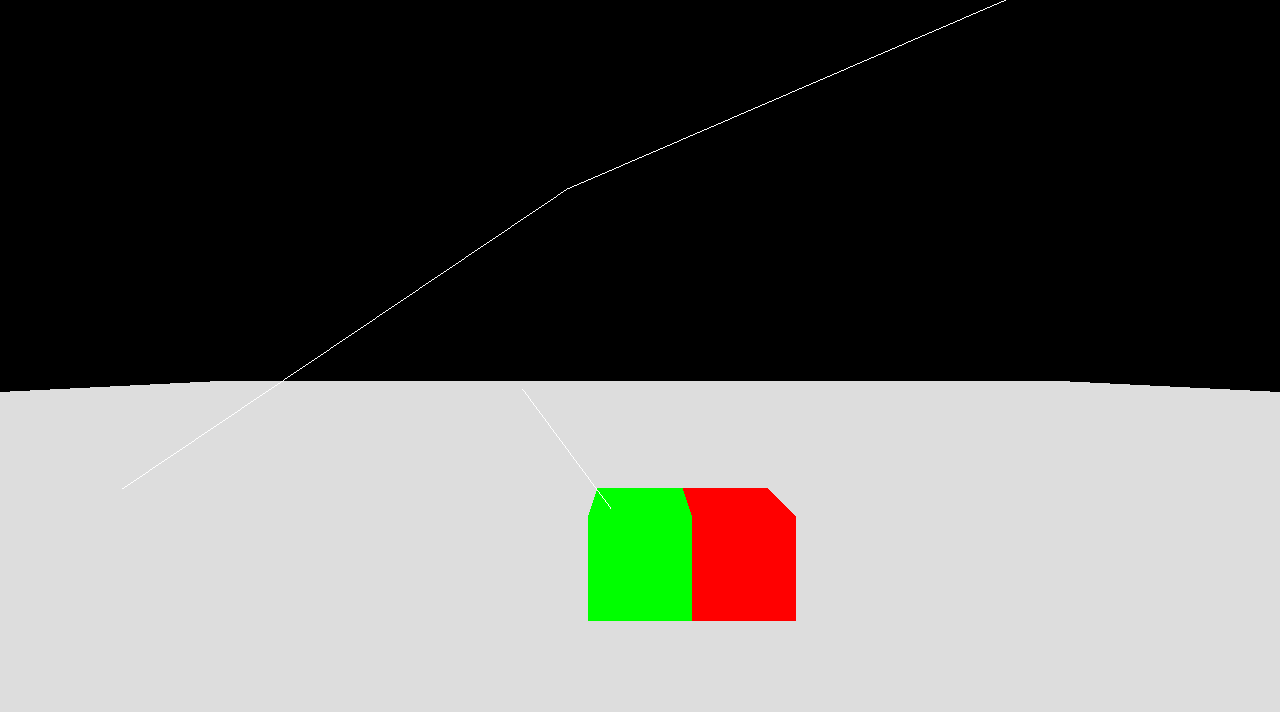
Repository: SanjoSolutions/projects
Page: minecraft/index.html
An editor plug-in stored every save of this project. The page is shown before and after the next save, followed by the edit.
The browser window is 1280 px wide. The pictures show the whole page.
Some web libraries are served in a nearby version.

Above is the page before, as saved 2020-08-31 19:40:10.

### minecraft/index.html
<html>
  <head>
    <title>My first three.js app</title>
    <style>
      body {
        margin: 0;
      }
      canvas {
        display: block;
      }
    </style>
  </head>
  <body>
    <script type="module" src="index.js"></script>
  </body>
</html>

### minecraft/index.js
import * as THREE from './node_modules/three/build/three.module.js';

const scene = new THREE.Scene()
const camera = new THREE.PerspectiveCamera(
  75,
  window.innerWidth / window.innerHeight,
  0.1,
  1000
)
camera.position.y = 2

const renderer = new THREE.WebGLRenderer()
renderer.setSize(window.innerWidth, window.innerHeight)
document.body.appendChild(renderer.domElement)

const ambientLight = createAmbientLight()
scene.add(ambientLight)

const hemisphereLight = createHemisphereLight()
scene.add(hemisphereLight)

const directionalLight = createDirectionalLight()
scene.add(directionalLight)

const directionalLightHelper = new THREE.DirectionalLightHelper(
  directionalLight,
  10
)
scene.add(directionalLightHelper)

const plane = createPlane()
scene.add(plane)

const cube1 = createCube(0x00ff00, { x: 0, y: 0, z: 0 })
scene.add(cube1)

const cube2 = createCube(0xff0000, { x: 1, y: 0, z: 0 })
scene.add(cube2)

camera.position.z = 5

const animate = function () {
  requestAnimationFrame(animate)

  // cube.rotation.x += 0.01
  // cube.rotation.y += 0.01

  renderer.render(scene, camera)
}

animate()

function createPlane() {
  const geometry = new THREE.PlaneGeometry(100, 100)
  const material = new THREE.MeshBasicMaterial({ color: 0xdddddd })
  const plane = new THREE.Mesh(geometry, material)
  plane.rotation.x = -Math.PI / 2
  plane.position.x = 0
  plane.position.y = -0.5
  plane.position.z = 0
  plane.receiveShadow = true
  return plane
}

function createCube(color, position) {
  const geometry = new THREE.BoxGeometry(1, 1, 1)
  const material = new THREE.MeshBasicMaterial({ color })
  const cube = new THREE.Mesh(geometry, material)
  cube.position.x = position.x
  cube.position.y = position.y
  cube.position.z = position.z
  cube.castShadow = true
  return cube
}

function createAmbientLight() {
  return new THREE.AmbientLight(0x666666)
}

function createHemisphereLight() {
  const hemisphereLight = new THREE.HemisphereLight(0xffffff, 0xffffff, 0.6)
  hemisphereLight.color.setHSL(0.6, 1, 0.6)
  hemisphereLight.groundColor.setHSL(0.095, 1, 0.75)
  hemisphereLight.position.set(0, 50, 0)
  return hemisphereLight
}

function createDirectionalLight() {
  const directionalLight = new THREE.DirectionalLight(0xffffff, 1)
  directionalLight.position.set(-1, 1.75, 1)
  directionalLight.castShadow = true

  return directionalLight
}

After the next save:
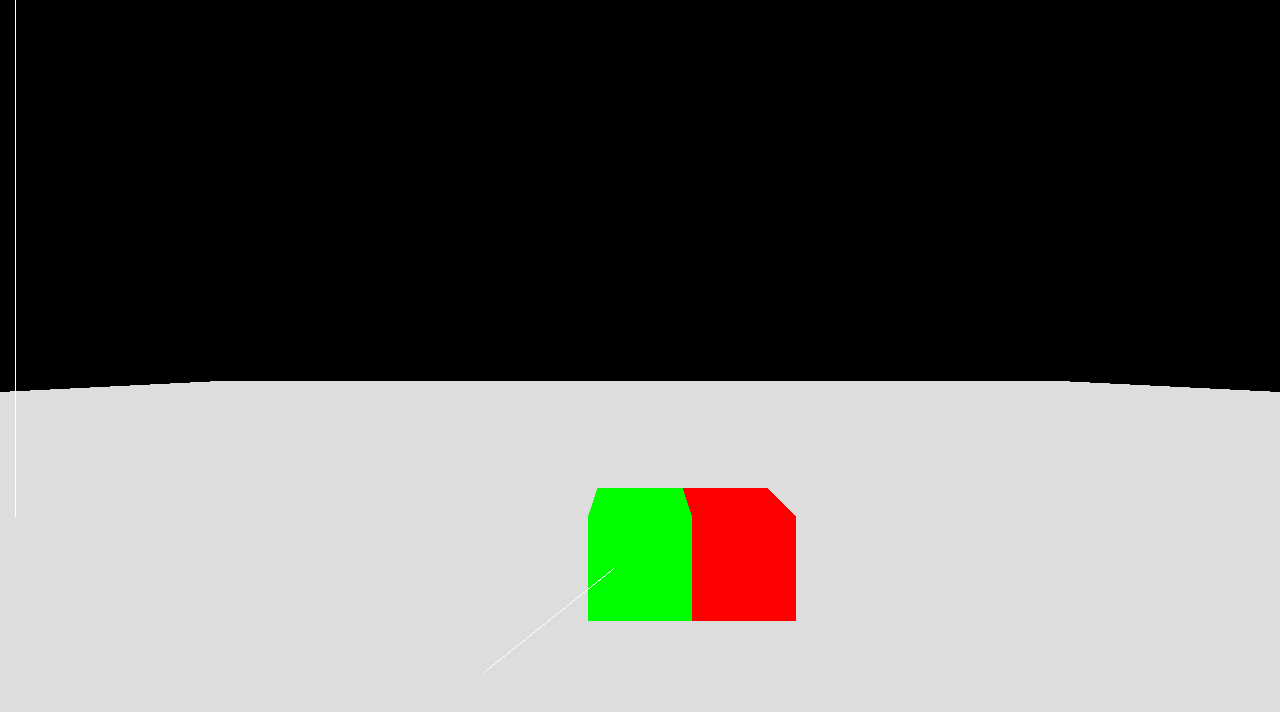
Saved 58 s later.
--- a/minecraft/index.js
+++ b/minecraft/index.js
@@ -87,7 +87,7 @@ function createHemisphereLight() {
 
 function createDirectionalLight() {
   const directionalLight = new THREE.DirectionalLight(0xffffff, 1)
-  directionalLight.position.set(-1, 1.75, 1)
+  directionalLight.position.set(-1, 0, 2)
   directionalLight.castShadow = true
 
   return directionalLight
